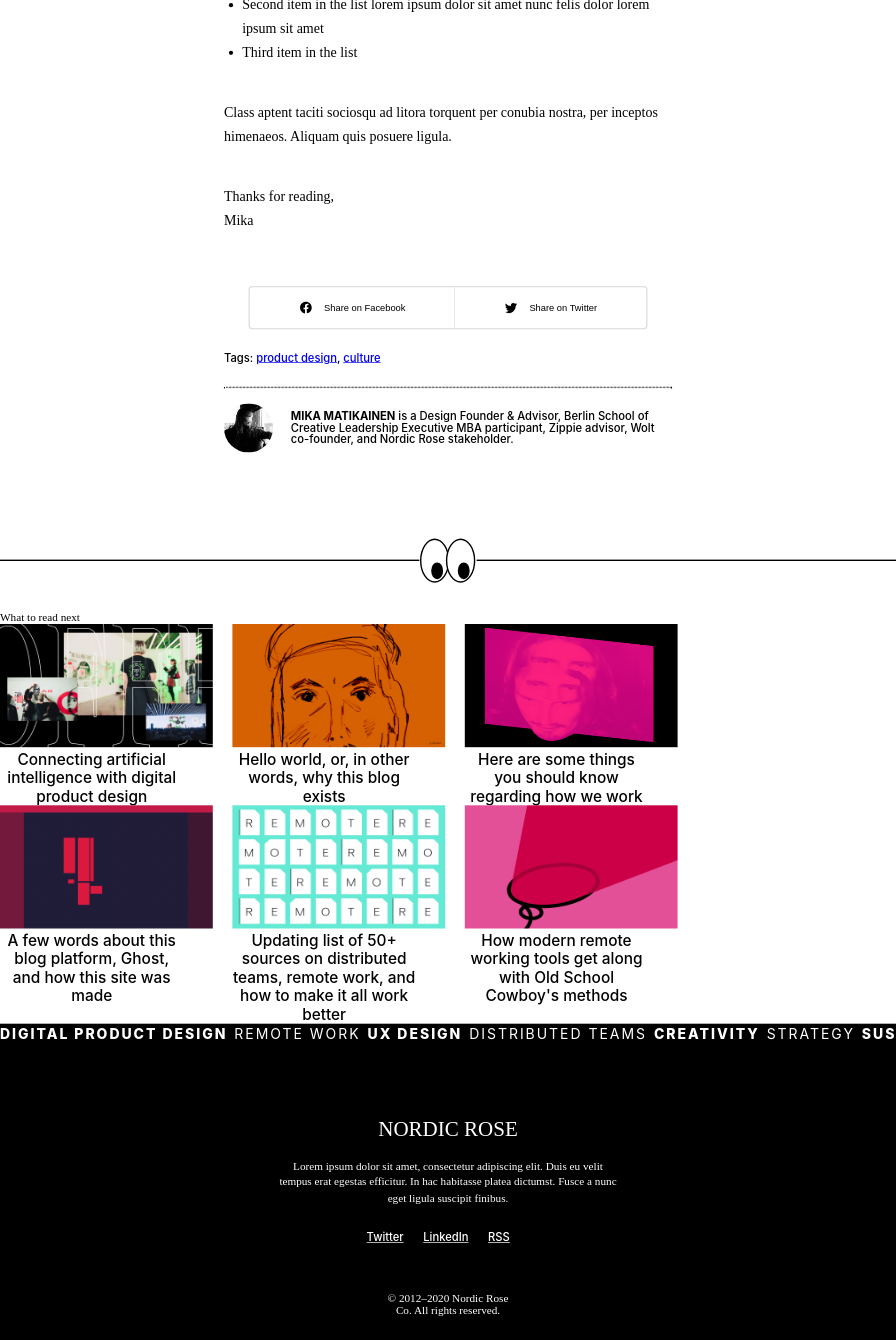
Repository: ThuTrang-jvb/JVB-BT1
Page: Page 3/article.html
The author's editor kept a copy of each file at every save. The page is drawn from the files as they stood at one save, then again after a run of saves.
The browser window is 1280 px wide. The pictures show the part of the page from y = 3168 to 5088 px (the page is 5082 px tall before and 5088 px after), at 70% of full size.

Above is the page before, as saved 2025-06-30 09:16:29.

### Page 3/article.html
<!DOCTYPE html>
<html lang="en">
<head>
    <meta charset="UTF-8">
    <meta name="viewport" content="width=device-width, initial-scale=1.0">
    <link rel="stylesheet" href="styleArticle.css">
    <link href="https://fonts.googleapis.com/css2?family=Playfair+Display&display=swap" rel="stylesheet">
    <title>Article</title>
</head>
<body>
    <div class="header">
        <h1>NORDIC ROSE</h1>
        <div class="nav">
            <p class="active">blog</p>
            <p>about</p>
            <p>links</p>
            <p>projects</p>
        </div>
        <div class="hamburger">
            <span></span>
            <span></span>
            <span></span>
        </div>
    </div>
    <hr>
    <div class="main">
        <div class="title">
            <h1>A few words about this blog platform, Ghost, and how this site was made</h1>
            <p>Why Ghost (& Figma) instead of Medium, <br> WordPress or other options?</p>
            <img src="image/image 2.png" alt="image 2">
            <hr>
        </div>
        <div class="status">
            <div class="status_img">
                <img src="image/anh_nen.png" alt="image 3">
                <div class="status_text">
                    <p class="bold_p">Mika MAtikainen</p>
                    <p>Apr 15, 2020 · 4 min read</p>
                </div>

            </div>

            <div class="share-buttons">
                <button class="share-btn" aria-label="Share on Facebook">
                    <svg width="18" height="18" viewBox="0 0 24 24" fill="#000" xmlns="http://www.w3.org/2000/svg">
                    <path d="M22 12.07C22 6.48 17.52 2 12 2S2 6.48 2 12.07c0 5 3.66 9.13 8.44 9.93v-7.03h-2.54v-2.9h2.54V9.41c0-2.5 1.49-3.89 3.77-3.89 1.09 0 2.24.2 2.24.2v2.46h-1.26c-1.24 0-1.63.77-1.63 1.56v1.87h2.78l-.44 2.9h-2.34v7.03C18.34 21.2 22 17.07 22 12.07z"/>
                    </svg>
                </button>
                <button class="share-btn" aria-label="Share on Twitter">
                    <svg width="18" height="18" viewBox="0 0 24 24" fill="#000" xmlns="http://www.w3.org/2000/svg">
                    <path d="M22.46 6c-.77.35-1.6.58-2.46.69a4.28 4.28 0 0 0 1.88-2.36 8.56 8.56 0 0 1-2.71 1.04 4.26 4.26 0 0 0-7.26 3.88 12.09 12.09 0 0 1-8.77-4.45 4.26 4.26 0 0 0 1.32 5.69 4.23 4.23 0 0 1-1.93-.53v.05a4.26 4.26 0 0 0 3.42 4.17 4.29 4.29 0 0 1-1.92.07 4.26 4.26 0 0 0 3.98 2.96A8.54 8.54 0 0 1 2 19.54 12.07 12.07 0 0 0 8.29 21.5c7.55 0 11.68-6.26 11.68-11.68 0-.18 0-.35-.01-.53A8.36 8.36 0 0 0 22.46 6z"/>
                    </svg>
                </button>
            </div>
        </div>
        <div class="caption">
            <pre>Lorem ipsum dolor sit amet, consectetur adipiscing elit. Duis eu velit
tempus erat egestas efficitur. In hac habitasse platea dictumst. Fusce a
nunc eget ligula suscipit finibus. Aenean pharetra quis lacus at viverra.

Class aptent taciti sociosqu ad litora torquent per conubia nostra, per
inceptos himenaeos. Aliquam quis posuere ligula. In eu dui molestie, molestie
lectus eu, semper lectus.</pre>
            <h2>Next on the pipeline</h2>
            <pre>Duis eu velit tempus erat egestas efficitur. In hac habitasse platea
dictumst. Fusce a nunc eget ligula suscipit finibus. Aenean pharetra
quis lacus at viverra. Class aptent taciti sociosqu ad litora torquent per
conubia nostra, per inceptos himenaeos.

Morbi efficitur auctor metus, id mollis lorem pellentesque id. Nullam
posuere maximus dui et fringilla. </pre>
            <figure>
                <img src="image/3cc5df540f70fc0ba5d96cdc94c3d237971a9b6e.jpg" alt="Rectangle 8">
                <figcaption>Image caption centered this way and I’ll make this a bit longer to indicate the amount of line-height. </figcaption>
            </figure>
            <pre>Aenean pharetra quis lacus at viverra. Class aptent taciti sociosqu ad
litora torquent per conubia nostra, per inceptos himenaeos. Aliquam
quis posuere ligula.

In eu dui molestie, molestie lectus eu, semper lectus. Proin at justo
lacinia, auctor nisl et, consequat ante. Donec sit amet nisi arcu. Morbi
efficitur auctor metus, id mollis lorem pellentesque id. Nullam
posuere maximus dui et fringilla. Nulla non volutpat leo.</pre>
            <p>A list looks like this:</p>
            <ul>
                <li>First item in the list</li>
                <li>Second item in the list lorem ipsum dolor sit amet nunc felis dolor lorem ipsum sit amet</li>
                <li>Third item in the list</li>
            </ul>
            <p>Class aptent taciti sociosqu ad litora torquent per conubia nostra, per inceptos himenaeos. Aliquam quis posuere ligula. </p>
            <p>Thanks for reading,<br>
            Mika</p>
        </div>
        <div class="links">
            <div class="share-buttons">
                <button class="share-btn" aria-label="Share on Facebook">
                    <svg width="18" height="18" viewBox="0 0 24 24" fill="#000" xmlns="http://www.w3.org/2000/svg">
                        <path d="M22 12.07C22 6.48 17.52 2 12 2S2 6.48 2 12.07c0 5 3.66 9.13 8.44 9.93v-7.03h-2.54v-2.9h2.54V9.41c0-2.5 1.49-3.89 3.77-3.89 1.09 0 2.24.2 2.24.2v2.46h-1.26c-1.24 0-1.63.77-1.63 1.56v1.87h2.78l-.44 2.9h-2.34v7.03C18.34 21.2 22 17.07 22 12.07z"/>
                        <span>Share on Facebook</span>
                    </svg>
                </button>
                <button class="share-btn" aria-label="Share on Twitter">
                    <svg width="18" height="18" viewBox="0 0 24 24" fill="#000" xmlns="http://www.w3.org/2000/svg">
                    <path d="M22.46 6c-.77.35-1.6.58-2.46.69a4.28 4.28 0 0 0 1.88-2.36 8.56 8.56 0 0 1-2.71 1.04 4.26 4.26 0 0 0-7.26 3.88 12.09 12.09 0 0 1-8.77-4.45 4.26 4.26 0 0 0 1.32 5.69 4.23 4.23 0 0 1-1.93-.53v.05a4.26 4.26 0 0 0 3.42 4.17 4.29 4.29 0 0 1-1.92.07 4.26 4.26 0 0 0 3.98 2.96A8.54 8.54 0 0 1 2 19.54 12.07 12.07 0 0 0 8.29 21.5c7.55 0 11.68-6.26 11.68-11.68 0-.18 0-.35-.01-.53A8.36 8.36 0 0 0 22.46 6z"/>
                    <span>Share on Twitter</span>
                    </svg>
                </button>
            </div>
        </div>
        <div class="tag">
            <p>Tags: <a href="#">product design</a>, <a href="#">culture</a></p>
            <hr>
            <div class="status_tag">
                <img src="image/anh_nen.png" alt="image 3">
                <div class="status_text_end">
                    <p> <b>MIKA MATIKAINEN</b> is a Design Founder & Advisor, Berlin School of Creative Leadership Executive MBA participant, Zippie advisor, Wolt co-founder, and Nordic Rose stakeholder.  </p>
                </div>

            </div>
        </div>
    </div>
    <div class="divider">
        <div class="path"></div>
        <div class="eyes">
            <div class="eye eye-left">
                <div class="pupil"></div>
            </div>
            <div class="eye eye-right">
                <div class="pupil"></div>
            </div>
        </div>
        <div class="path"></div>
    </div>
    <div>
        <p>What to read next</p>
        <div class="image">
            <div class="image_line">
                <img src="image/image1.png" alt="Rectangle 4">
                <p>Connecting artificial intelligence with digital product design</p>
            </div>
            <div class="image_line">
                <img src="image/image2.png" alt="Rectangle 11">
                <p>Hello world, or, in other words, why this blog exists</p>
            </div>
            <div class="image_line">
                <img src="image/image.png" alt="Rectangle 10">
                <p>Here are some things you should know regarding how we work </p>
            </div>
        </div>
        <div class="image_desktop">
            <div class="image_line">
                <img src="image/image13.png" alt="Rectangle 37">
                <p>A few words about this blog platform, Ghost, and how this site was made</p>
            </div>
            <div class="image_line">
                <img src="image/image12.png" alt="Rectangle 39">
                <p>Updating list of 50+ sources on distributed teams, remote work, and how to make it all work better</p>
            </div>
            <div class="image_line">
                <img src="image/image11.png" alt="Rectangle 38">
                <p>How modern remote working tools get along with Old School Cowboy's methods</p>
            </div>
        </div>
    </div>
    <div class="footer">
        <div class="line-wrap">
            <div class="line">
                <span class="bold">Digital product design</span>
                <span>Remote work</span>
                <span class="bold">UX design</span>
                <span>Distributed teams</span>
                <span class="bold">Creativity</span>
                <span>Strategy</span>
                <span class="bold">Suspense</span>
                <span>Growth</span>
            </div>
        </div>
        <p class="logo">NORDIC ROSE</p>
        <p class="para">Lorem ipsum dolor sit amet, consectetur adipiscing elit. Duis eu velit tempus erat egestas efficitur. In hac habitasse platea dictumst. Fusce a nunc eget ligula suscipit finibus. </p>
        <div class="info">
            <p>Twitter</p>
            <p>LinkedIn</p>
            <p>RSS</p>
        </div>
        <p class="year">© 2012–2020 Nordic Rose Co. All rights reserved. </p>
    </div>
</body>
</html>

### Page 3/styleArticle.css
 * {
    margin: 0;
    padding: 0;
    box-sizing: border-box;
 }
.header {
    width: 100%;
    max-width: 1440px;
    height: auto;
    box-sizing: border-box;
    justify-content: space-between;
    align-items: center;
    display: flex;
    gap: 476.59px;
    padding: 52.54px 61px 40px 63.58px;
    height: 134px;
}
.header h1 {
    font-weight: 400;
    font-size: 30px;
}
.hamburger {
  display: none;
  flex-direction: column;
  gap: 5px;
  cursor: pointer;
}

.hamburger span {
  width: 25px;
  height: 3px;
  background-color: black;
  display: block;
  border-radius: 2px;
}
.nav {
    display: flex;
    justify-content: center;
    gap: 34px;
}
.nav p {
    position: relative;
    font-family: New York Small;
    font-weight: 500;
    font-size: 20px;
    line-height: 170%;
    letter-spacing: 2.8px;
    text-align: center;
    text-transform: uppercase;
    margin: 0;
    text-decoration: none;

}

.nav p.active::after {
    content: "";
    position: absolute;
    bottom: -43px;
    left: 50%;
    transform: translateX(-50%);
    width: 50px;
    height: 2px;
    background-color: #000;
}

hr {
  width: 100vw;
  border: none;
  border-top: 1px solid #ccc;
  margin: 0;
}
.title img {
    width: 100vw;
    height: auto;
    display: block;
    padding-bottom: 44px;
    margin: 0 auto;
}
.title h1 {
    font-family: New York Extra Large;
    font-weight: 700;
    font-size: 54px;
    line-height: 100%;
    letter-spacing: 0%;
    text-align: center;
    margin: 0 auto;
    max-width: 858px;
    padding-top: 52px;
    padding-bottom: 32px;
}
.title p {
    font-family: SF Mono;
    font-weight: 400;
    font-size: 20px;
    line-height: 170%;
    letter-spacing: 0%;
    text-align: center;
    max-width: 592px;
    margin: 0 auto;
    padding-bottom: 52px;

}
.title hr {
    border: 2px solid #000000;
    width: 640px;
    display: block;
    margin: 0 auto;
}
.status_img img {
    width: 56px;
    height: 56px;
    object-fit: cover;
    border-radius: 50%;
}
.share-buttons {
    display: flex;
    border: 2px solid #e0e0e0;
    border-radius: 5px;
    overflow: hidden;
    width: fit-content;
    background-color: #fff;
    margin-left: 273px;
    margin-top: 1px;
}
.share-btn {
    border: none;
    padding: 12.04px 25px;
    background: transparent;
    cursor: pointer;
    display: flex;
    align-items: center;
    justify-content: center;
    outline: none;
    gap: 16px;
}

.share-btn + .share-btn {
    border-left: 1px solid #e0e0e0;
}

.share-btn svg {
    width: 20px;
    height: 20px;
}
.status {
    display: flex;
    justify-content: center;
    align-items: center;
}
.status_img {
    display: flex;
    align-items: center;
    gap: 5px;
    padding-top: 24px;
    padding-bottom: 53px;
}
.bold_p {
    max-width: 191px;
    font-family: SF Pro Text;
    font-weight: 700;
    font-size: 16px;
    line-height: 100%;
    letter-spacing: 5%;
    text-transform: uppercase;
}
.status_text p {
    font-family: SF Pro Text;
    font-weight: 400;
    font-size: 16px;
    line-height: 100%;
    letter-spacing: 0%;
}
.status_text {
    padding-top: 5px;
}
.caption pre{
    text-align: left;
    margin: 0 auto;
    max-width: 640px;
    font-family: 'SF Pro Text', 'New York Medium', serif;
    font-weight: 400;
    font-size: 20px;
    line-height: 170%;
    letter-spacing: 0%;

}

.caption h2 {
    font-family: SF Pro Display;
    font-weight: 700;
    font-size: 32px;
    line-height: 160%;
    letter-spacing: 0%;
    padding-top: 57px;
    padding-bottom: 24px;
    text-align: left;
    max-width: 640px;
    margin: 0 auto;
}
.caption img {
    width: 854px;
    height: 570px;
    display: block;
    margin: 0 auto;
    padding-top: 52px;
    padding-bottom: 12px;
}
figcaption {
    max-width: 481px;
    text-align: center;
    margin: 0 auto;
    padding-bottom: 52px;
}
.caption p {
    font-family: New York Medium;
    font-weight: 400;
    font-size: 20px;
    line-height: 170%;
    letter-spacing: 0%;
    text-align: left;
    margin: 0 auto;
    max-width: 640px;
    padding-top: 52px;
}
li {
    font-family: New York Medium;
    font-weight: 400;
    font-size: 20px;
    line-height: 170%;
    letter-spacing: 0%;
    text-align: left;
    margin: 0 auto;
    max-width: 588px;
}
ul {
    padding-top: 19px;
}
.links {
    display: block;
    margin: 0 auto;
    padding-top: 77px;

}
.links .share-buttons{
    margin: 0 auto;
}
.links .share-btn {
    padding: 19px 70px;
}
.tag p {
    max-width: 640px;
    text-align: left;
    margin: 0 auto;
    padding-top: 32px;
    padding-bottom: 34px;
    font-family: SF Pro Text;
    font-weight: 500;
    font-size: 16px;
    line-height: 100%;
    letter-spacing: 3%;

}
.tag hr {
    border: 1px dotted #000000;
    width: 640px;
    display: block;
    margin: 0 auto;
}
.status_text_end {
    display: flex;
    max-width: 543px;
    text-align: left;
    margin: 0 auto;
    font-family: SF Pro Text;
    font-weight: 400;
    font-size: 16px;
    line-height: 160%;
    letter-spacing: 5%;

}
.status_tag img {
    width: 70px;
    height: 70px;
    object-fit: cover;
    border-radius: 50%;
}
.status_tag {
    display: flex;
    align-items: center;
    gap: 24px;
    max-width: 640px;
    margin: 0 auto;
}



.footer {
    background-color: #000000;
    color: white;
    text-align: center;
    padding-bottom:32px;
}
.bold {
    font-weight: 800;
}
.line {
    display: flex;
    flex-wrap: nowrap;
    overflow-x: auto;
    max-width: 100%;
    letter-spacing: 2.8px;
    white-space: nowrap;
    padding-bottom: 105.12px;
    scrollbar-width: none;
    gap: 10px;
}
.line::-webkit-scrollbar {
    display: none;
}
.line-wrapper {
  width: 100vw;
  overflow-x: auto;
}
.line span {
    font-family: SF Pro Text;
      font-size: 20px;
      color: #fff;
      text-transform: uppercase;
      display: inline-flex;
      flex-wrap: nowrap;
      justify-content: center;
      flex-shrink: 0;
      line-height: 28px;
}
    .divider {
      display: flex;
      align-items: center;
      justify-content: center;
      margin: 100px 0 40.71px;
    }

    .path {
      flex: 1;
      height: 2.5px;
      background-color: black;
    }

    .eyes {
      display: flex;
      width: 82px;
      height: 64px;
      align-items: center;
      position: relative;
    }

    .eye {
      width: 42.29px;
      height: 62.86px;
      background: white;
      border: 2.5px solid black;
      border-radius: 50%;
      position: absolute;
    }

    .eye-left {
      left: 0.5px;
    }

    .eye-right {
      left: 38px;
    }

    .pupil {
      width: 17.14px;
      height: 24.29px;
      background: black;
      border-radius: 50%;
      position: absolute;
      top: 55%;
      left: 38%;
    }
.image, .image_desktop {
    display: flex;
    gap: 28px;
}
.image_line img {
    width: 304px;
    height: 176px;
}
.image_line p {
    font-family: SF Pro Display;
    font-weight: 500;
    font-size: 22px;
    line-height: 120%;
    letter-spacing: 0%;
    text-align: center;
    max-width: 262px;
}










.footer h1 {
    padding-bottom: 25.58px;
}
.para {
    font-family: New York Small;
    font-weight: 400;
    font-size: 16px;
    line-height: 140%;
    text-align: center;
    max-width: 488px;
    padding-bottom: 32px;
    margin: 0 auto;
}
.info {
    display: flex;
    justify-content: center;
    max-width: 209px;
    padding-bottom: 64px;
    margin: 0 auto;
}

.info p {
    margin: 0;
    font-family: SF Pro Text;
    font-weight: 500;
    font-size: 16px;
    line-height: 170%;
    text-decoration: underline;
    padding-right: 28px;
}
.logo {
    margin: 0;
    font-weight: 400;
    font-size: 30px;
    padding-bottom: 25.58px;
}
.footer .year {
    max-width: 178px;
    text-align: center;
    margin: 0 auto;
}
@media screen and (max-width: 767px) {
    .header {
        padding: 24px 20px;
        gap: 0;
    }

    .nav {
        display: none;
    }

    .hamburger {
        display: flex;
    }
    hr {
        width: 100%;
    }
    .main {
        padding: 52px 0 0 0;
    }

    .title img {
        width: 100%;
        height: auto;
        display: block;
        margin: 0;
    }

    .title h1 {
        font-size: 36px;
        max-width: 100%;
        text-align: center;
        padding-bottom: 24px;
        margin: 0 auto;
    }

    .title p {
        font-size: 16px;
        max-width: 90%;
        text-align: center;
        padding-bottom: 36px;
    }

    .title hr {
        width: 90%;

    }




    .line {
        margin: 0;
        padding-bottom: 32px;
        justify-content: flex-start;
        max-width: 100vw;
        overflow-x: auto;
    }

    .line span {
        font-size: 14px;
        line-height: 24px;
    }

    .logo {
        font-size: 20px;
        padding-bottom: 16px;
    }

    .para {
        font-size: 14px;
        padding-bottom: 32px;
        margin: 0 auto;
        max-width: 90%;
    }

    .info {
        justify-content: center;
        gap: 16px;
        font-size: 14px;
        padding-bottom: 64px;
        max-width: 100%;
    }

    .footer .year {
        font-size: 12px;
        padding: 0 16px;
    }
}

After the next 2 saves:
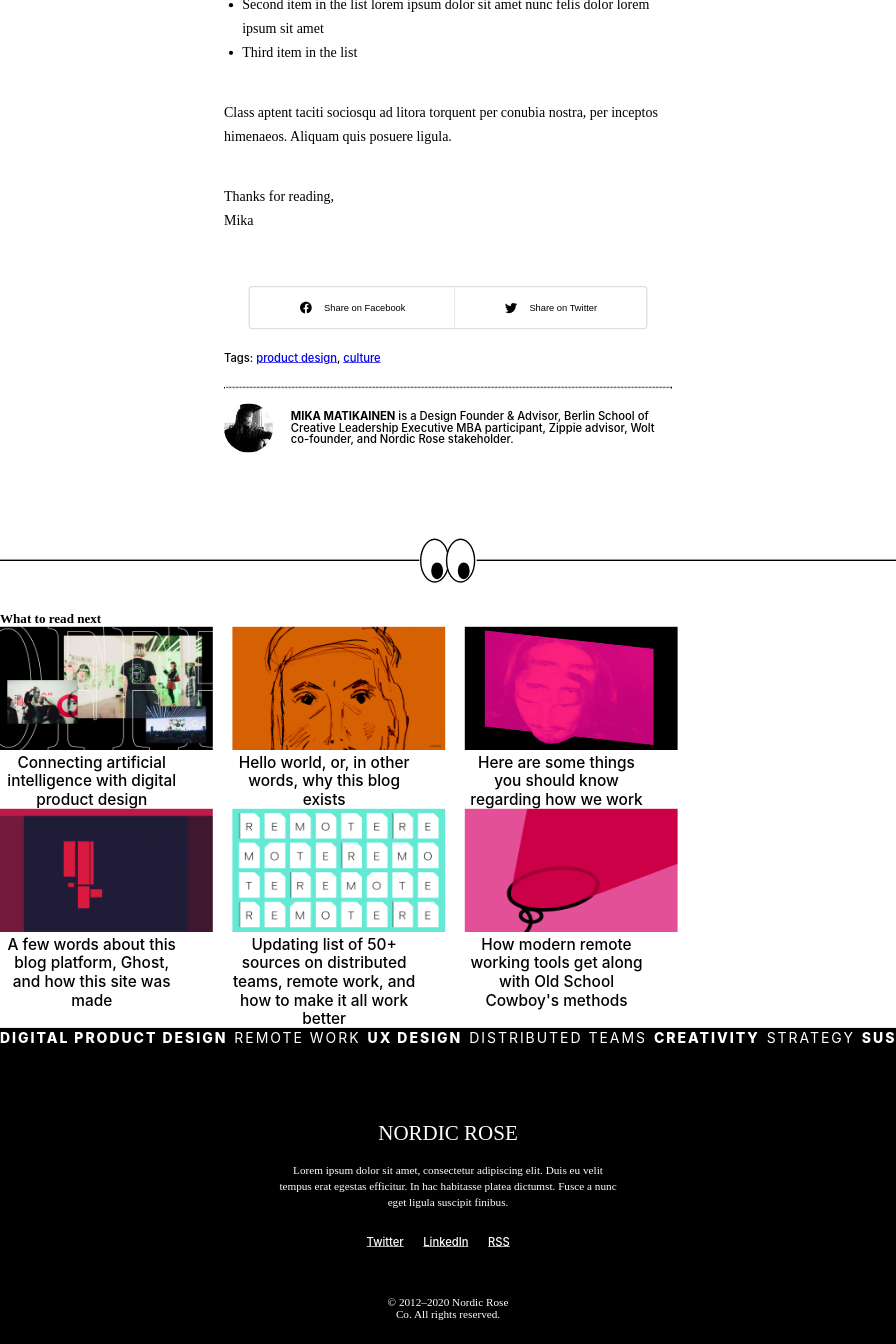
The 2 saves are shown as one change because they came seconds apart.
The last was saved 28 s later.
--- a/Page 3/article.html
+++ b/Page 3/article.html
@@ -132,7 +132,7 @@ posuere maximus dui et fringilla. Nulla non volutpat leo.</pre>
         <div class="path"></div>
     </div>
     <div>
-        <p>What to read next</p>
+        <h3>What to read next</p>
         <div class="image">
             <div class="image_line">
                 <img src="image/image1.png" alt="Rectangle 4">
